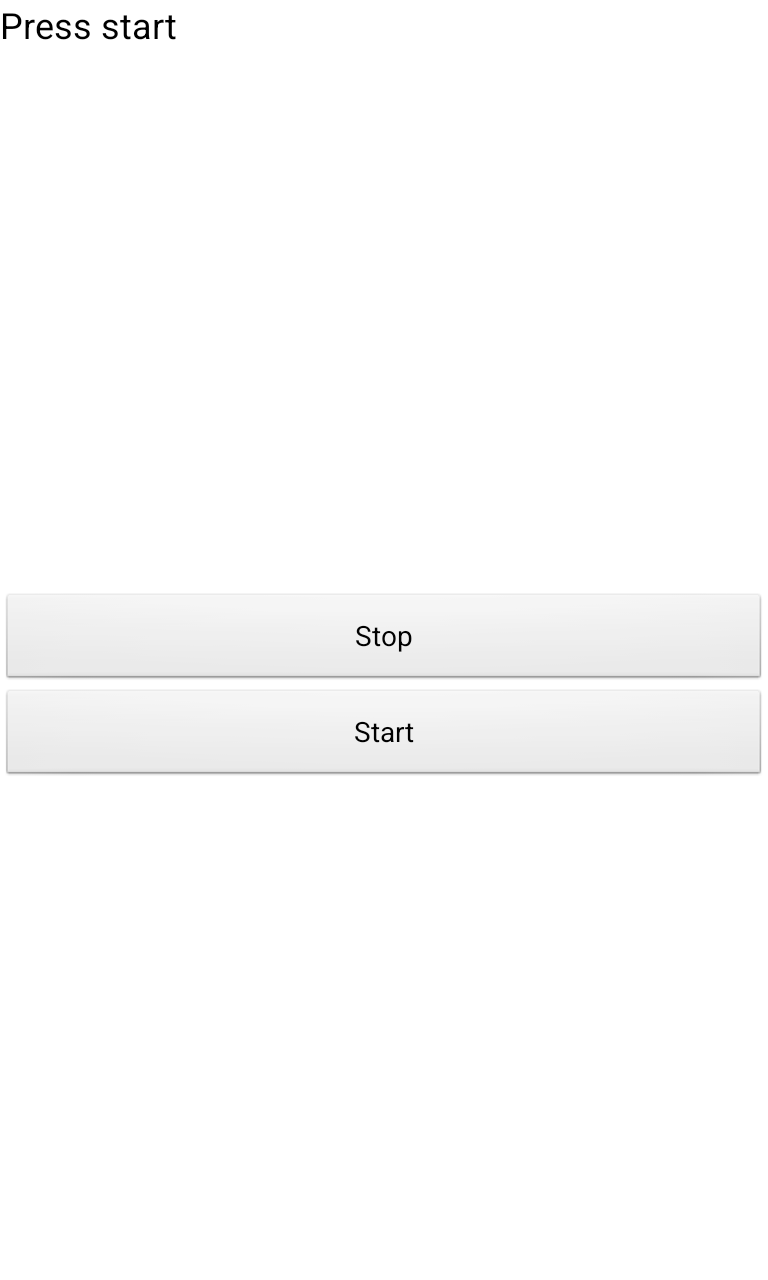
Repository: agejku/Embedded-Systems
Layout: Positionsensor/res/layout/main.xml
An editor plug-in stored every save of this project. The layout is shown before and after the next save, followed by the edit.
It is drawn on a 768 x 1280 px phone screen (xhdpi) without system bars, with theme AppTheme; the app's code is not run.

Above is the layout before, as saved 2014-04-23 16:00:16.

After the next save:
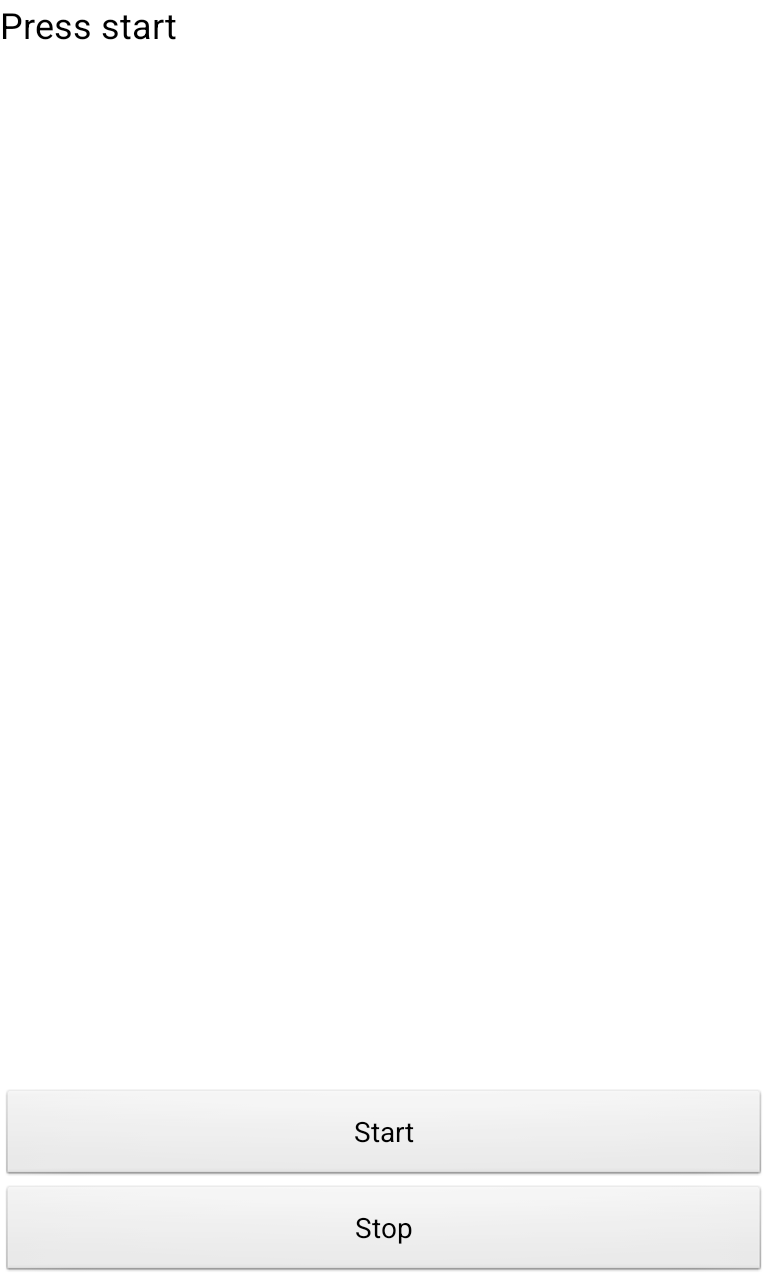
Saved 7 min 5 s later.
--- a/Positionsensor/res/layout/main.xml
+++ b/Positionsensor/res/layout/main.xml
@@ -15,15 +15,19 @@
        android:text="@string/network1"
        android:textAppearance="?android:attr/textAppearanceMedium" />
 
-
+   <LinearLayout
+       android:layout_width="wrap_content"
+       android:layout_height="wrap_content"
+       android:layout_alignParentLeft="true"
+       android:layout_below="@+id/netzwerk5" >
+   </LinearLayout>
 
    <Button
        android:id="@+id/btnStopService"
        android:layout_width="fill_parent"
        android:layout_height="wrap_content"
+       android:layout_alignParentBottom="true"
        android:layout_alignParentLeft="true"
-       android:layout_centerVertical="true"
-       android:layout_toLeftOf="@+id/rssiNet5"
        android:onClick="stopService"
        android:text="@string/stop_service" />
 
@@ -31,16 +35,9 @@
        android:id="@+id/btnStartService"
        android:layout_width="fill_parent"
        android:layout_height="wrap_content"
-       android:layout_below="@+id/btnStopService"
-       android:layout_centerHorizontal="true"
+       android:layout_above="@+id/btnStopService"
+       android:layout_alignParentLeft="true"
        android:onClick="startService"
        android:text="@string/start_service" />
 
-   <LinearLayout
-       android:layout_width="wrap_content"
-       android:layout_height="wrap_content"
-       android:layout_alignParentLeft="true"
-       android:layout_below="@+id/netzwerk5" >
-   </LinearLayout>
-
 </RelativeLayout>
